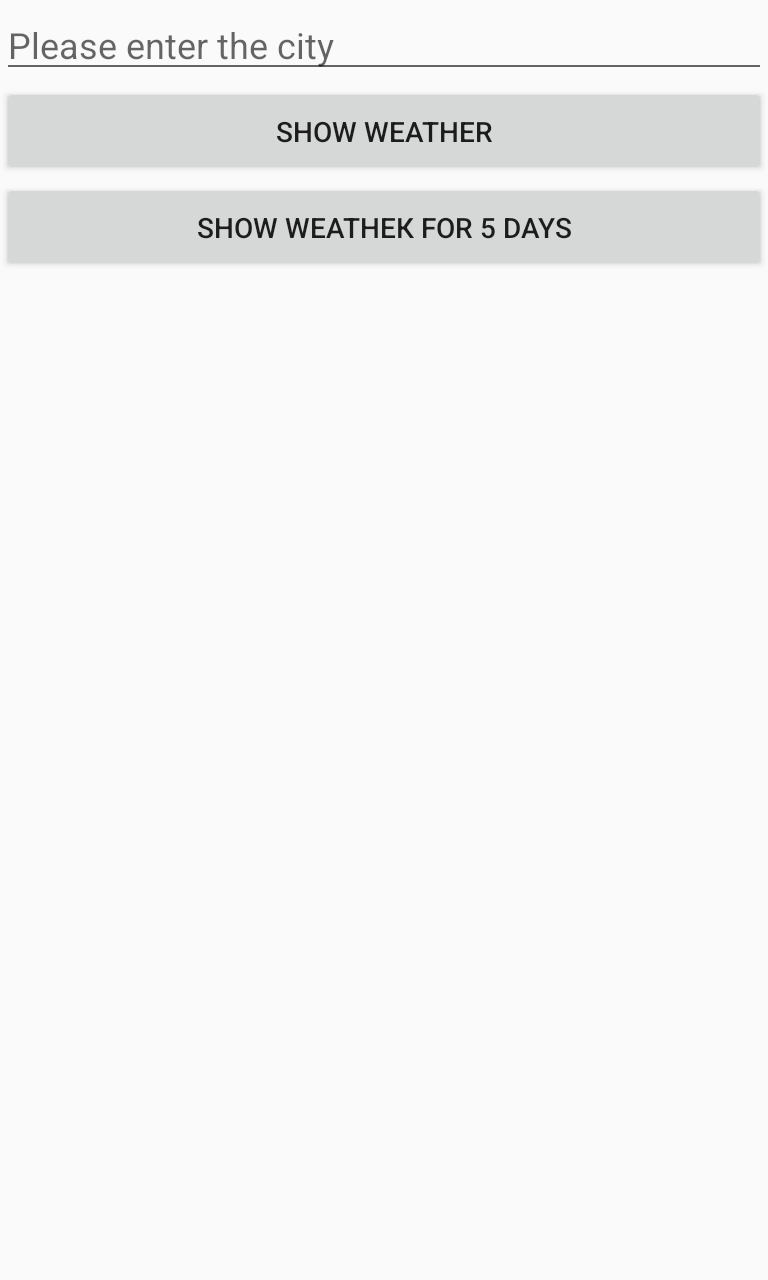
Repository: alexWr/weather-app
Layout: OpenWeatherT/res/layout/main.xml
The author's editor kept a copy of each file at every save. The layout is drawn from the files as they stood at one save, then again after the next save.
It is drawn on a 768 x 1280 px phone screen (xhdpi) without system bars, with theme AppTheme; the app's code is not run.

Above is the layout before, as saved 2014-10-16 09:54:08.

### OpenWeatherT/res/layout/main.xml
<?xml version="1.0" encoding="utf-8"?>
<LinearLayout xmlns:android="http://schemas.android.com/apk/res/android"
    android:layout_width="fill_parent"
    android:layout_height="fill_parent"
    android:orientation="vertical"     >
    <EditText
		android:layout_width="match_parent"
	    android:layout_height="wrap_content"
	    android:layout_gravity="center"
	    android:hint="Please enter the city"
		android:id="@+id/etCity"
		/>
    <Button
		android:layout_width="match_parent"
		android:layout_height="wrap_content"
		android:layout_gravity="center"
		android:text="Show weather"
		android:id="@+id/btnSend"/>
    <Button
		android:layout_width="match_parent"
		android:layout_height="wrap_content"
		android:layout_gravity="center"
		android:text="Show weatheк for 5 days"
		android:id="@+id/btnSend2"/>
	<TextView
        android:layout_width="wrap_content"
        android:layout_height="wrap_content"
        android:layout_gravity="center"
        android:id="@+id/tvTemp"/>
	<TextView
        android:layout_width="wrap_content"
        android:layout_height="wrap_content"
        android:layout_gravity="center"
        android:id="@+id/tvWeather"/>
</LinearLayout>

Loaded but not shown: OpenWeatherT/res/values/styles.xml (common file); OpenWeatherT/res/values-v11/styles.xml (common file); OpenWeatherT/res/values-v14/styles.xml (common file)

After the next save:
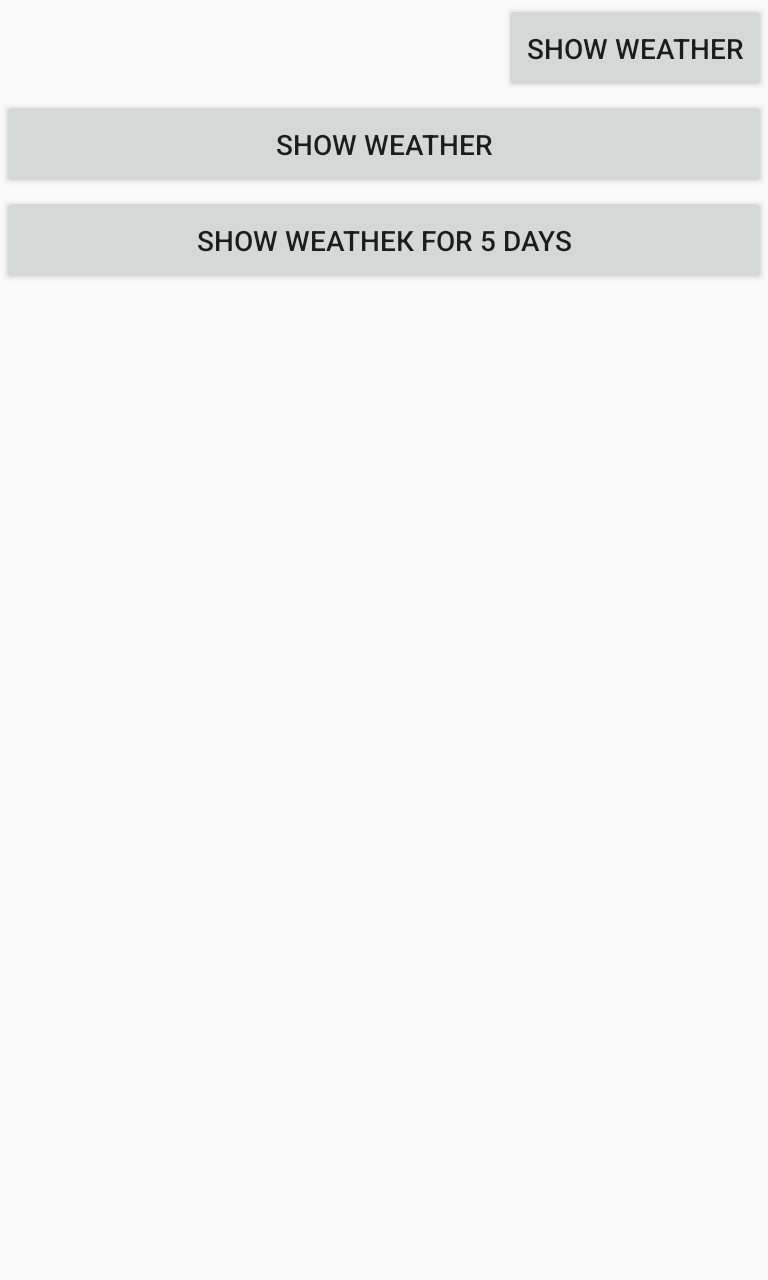
Saved 3 min 7 s later.
--- a/OpenWeatherT/res/layout/main.xml
+++ b/OpenWeatherT/res/layout/main.xml
@@ -3,13 +3,12 @@
     android:layout_width="fill_parent"
     android:layout_height="fill_parent"
     android:orientation="vertical"     >
-    <EditText
-		android:layout_width="match_parent"
-	    android:layout_height="wrap_content"
-	    android:layout_gravity="center"
-	    android:hint="Please enter the city"
-		android:id="@+id/etCity"
-		/>
+   <Button
+		android:layout_width="wrap_content"
+		android:layout_height="wrap_content"
+		android:layout_gravity="right"
+		android:text="Show weather"
+		android:id="@+id/btnEnter"/>
     <Button
 		android:layout_width="match_parent"
 		android:layout_height="wrap_content"
